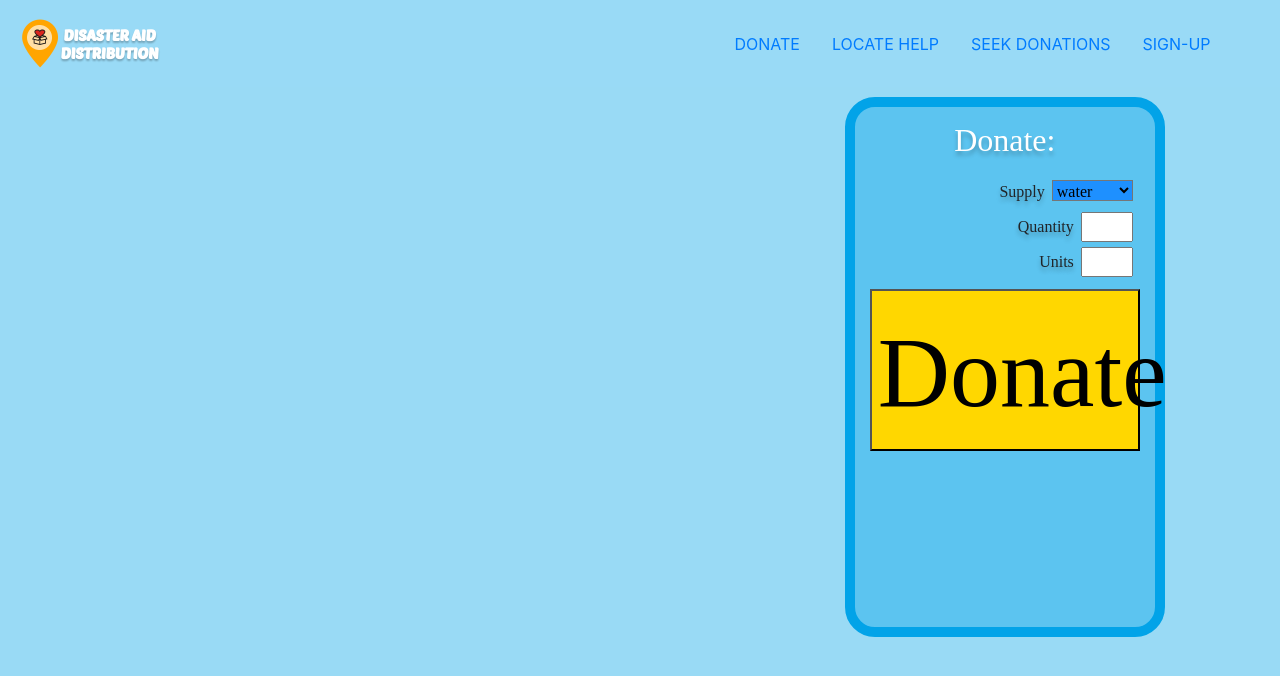
Repository: uprm-inso-4115-2019-2020-S2/semester-project-inso4115-DisasterAid-backend
Page: /donate-modal (app in disaster-aid/)
These files come from the project's save history. The page is drawn as it stood at one moment and after the next save; the edit follows.
The browser window is 1280 px wide. The pictures show the whole page.
The project was rebuilt for these pictures with package versions that can differ from the ones it lists, and the page was loaded fresh each time. Also part of the build but not shown: disaster-aid/angular.json, disaster-aid/src/app/login/login.component.ts, disaster-aid/src/app/register/register.component.ts, disaster-aid/src/app/home/home.component.ts, disaster-aid/src/app/landing-page/landing-page.component.ts, disaster-aid/src/app/donations/donations.component.ts, disaster-aid/src/app/donations.service.ts.

Above is the page before, as saved 2020-05-09 01:53:41.

After the next save:
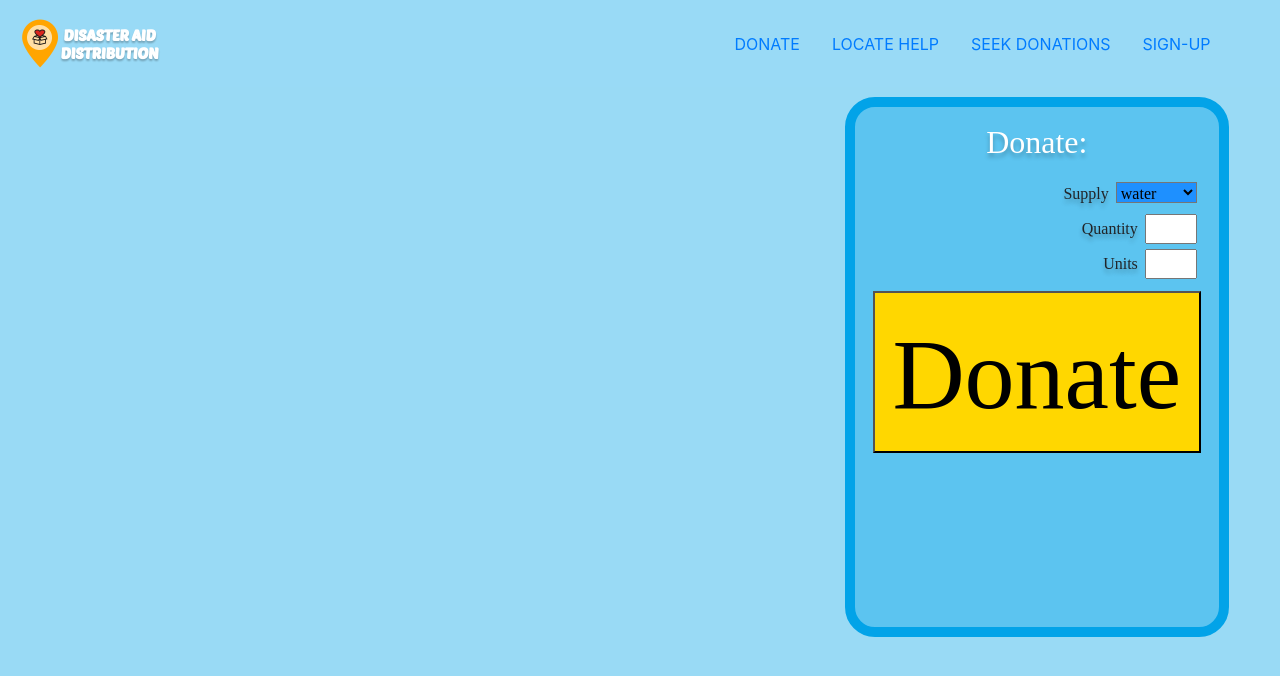
Saved 10 s later.
--- a/disaster-aid/src/app/donate-modal/donate-modal.component.css
+++ b/disaster-aid/src/app/donate-modal/donate-modal.component.css
@@ -1,6 +1,6 @@
 .donateBox {
     position: absolute;
-    width: 25%;
+    width: 30%;
     height: 75%;
     left: 66%;
     top: 97px;
